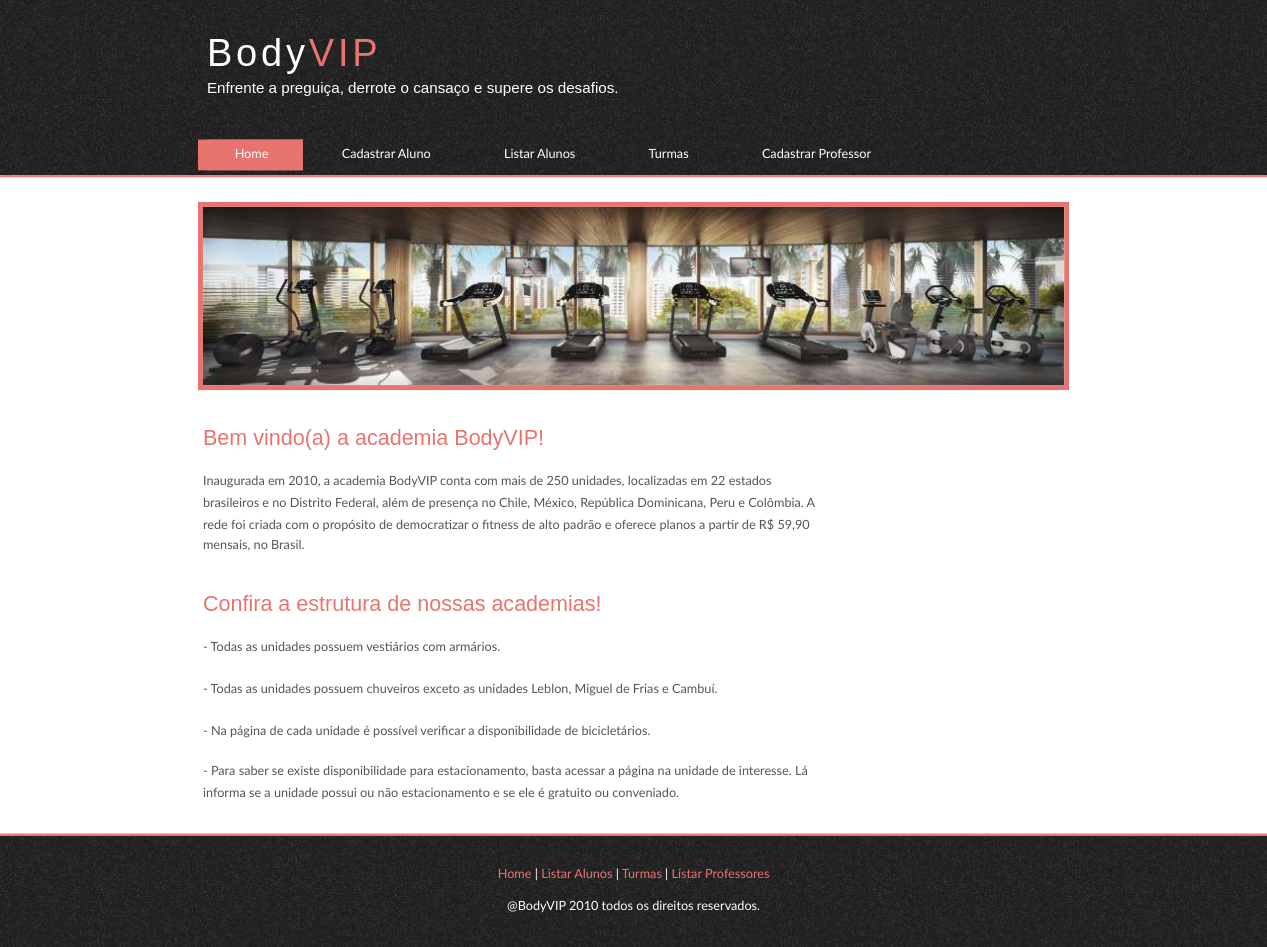
Repository: Thais-Ferreira/Projeto_bodyVIP
Page: http://localhost/BodyVIP/home.jsp
The author's editor kept a copy of each file at every save. The page is drawn from the files as they stood at one save, then again after the next save.
The browser window is 1280 px wide. The pictures show the whole page, at 99% of full size.
The page is served by Tomcat 9. Other server files are loaded and not shown.

Above is the page before, as saved 2017-06-19 16:21:58.

### BodyVIP/WebContent/home.jsp
<%@ page language="java" contentType="text/html; charset=ISO-8859-1"
    pageEncoding="ISO-8859-1"%>
<!DOCTYPE html PUBLIC "-//W3C//DTD HTML 4.01 Transitional//EN" "http://www.w3.org/TR/html4/loose.dtd">
<html>
<head>
	<meta http-equiv="Content-Type" content="text/html; charset=ISO-8859-1">
	<link rel="stylesheet" type="text/css" href="css/style.css" />
	<title>Home</title>
</head>
<body>
	<div id="main">
    <div id="header">
      <div id="logo">
        <div id="logo_text">
          <!-- class="logo_colour", allows you to change the colour of the text -->
          <h1><a href="home.jsp">Body<span class="logo_colour">VIP</span></a></h1>
          <h2>Enfrente a preguiça, derrote o cansaço e supere os desafios.</h2>
        </div>
      </div>
      <div id="menubar">
        <ul id="menu">
          <!-- put class="selected" in the li tag for the selected page - to highlight which page you're on -->
          <li class="selected"><a href="home.jsp">Home</a></li>
          <li><a href="AlunoController?acao=cadastro">Cadastrar Aluno</a></li>
          <li><a href="AlunoController?acao=buscaLista">Listar Alunos</a></li>
          <li><a href="page.html">Turmas</a></li>
          <li><a href="another_page.html">Cadastrar Professor</a></li>
          <li><a href="contact.html">Listar Professores</a></li>
        </ul>
      </div>
    </div>
    <div id="content_header"></div>
    <div id="site_content">
      <div id="banner"></div>

      <div id="content">
        <!-- insert the page content here -->
        <h1>Bem vindo(a) a academia BodyVIP!</h1>
        <p>Inaugurada em 2010, a academia BodyVIP conta com mais de 250 unidades, localizadas em 22 estados brasileiros
        e no Distrito Federal, além de presença no Chile, México, República Dominicana, Peru e Colômbia.
        A rede foi criada com o propósito de democratizar o fitness de alto padrão e oferece planos
        a partir de R$ 59,90 mensais, no Brasil.
		</p>
        <h1>Confira a estrutura de nossas academias!</h1>
        <p>- Todas as unidades possuem vestiários com armários.</p>
        <p>- Todas as unidades possuem chuveiros exceto as unidades Leblon, Miguel de Frias e Cambuí.</p>
        <p>- Na página de cada unidade é possível verificar a disponibilidade de bicicletários. </p>
        <p>- Para saber se existe disponibilidade para estacionamento, basta acessar a página na unidade de
        interesse. Lá informa se a unidade possui ou não estacionamento e se ele é gratuito ou conveniado. </p>
      </div>
    </div>
    <div id="content_footer"></div>
    <div id="footer">
      <p><a href="home.jsp">Home</a> | <a href="AlunoController?acao=buscaLista">Listar Alunos</a> | <a href="another_page.html">Turmas</a> | <a href="contact.html">Listar Professores</a></p>
      <p>@BodyVIP 2010 todos os direitos reservados.</p>
    </div>
  </div>
</body>
</html>

### BodyVIP/WebContent/css/style.css
@CHARSET "ISO-8859-1";

html
{ height: 100%;}

*
{ margin: 0;
  padding: 0;}

body
{ font: normal .80em 'trebuchet ms', arial, sans-serif;
  background: #FFF;
  color: #555;}

p
{ padding: 0 0 20px 0;
  line-height: 1.7em;}

img
{ border: 0;}

h1, h2, h3, h4, h5, h6
{ color: #E7746F;
  letter-spacing: 0em;
  padding: 0 0 5px 0;}

h1, h2, h3
{ font: normal 170% 'century gothic', arial;
  margin: 0 0 15px 0;
  padding: 15px 0 5px 0;}

h2
{ font-size: 160%;
  padding: 9px 0 5px 0;}

h3
{ font-size: 140%;
  padding: 5px 0 0 0;}

h4, h6
{ color: #009FBC;
  padding: 0 0 5px 0;
  font: normal 110% arial;
  text-transform: uppercase;}

h5, h6
{ color: #888;
  font: normal 95% arial;
  letter-spacing: normal;
  padding: 0 0 15px 0;}

a, a:hover
{ outline: none;
  text-decoration: underline;
  color: #009FBC;}

a:hover
{ text-decoration: none;}

blockquote
{ margin: 20px 0;
  padding: 10px 20px 0 20px;
  border: 1px solid #E5E5DB;
  background: #FFF;}

ul
{ margin: 2px 0 22px 17px;}

ul li
{ list-style-type: circle;
  margin: 0 0 6px 0;
  padding: 0 0 4px 5px;
  line-height: 1.5em;}

ol
{ margin: 8px 0 22px 20px;}

ol li
{ margin: 0 0 11px 0;}

.left
{ float: left;
  width: auto;
  margin-right: 10px;}

.right
{ float: right;
  width: auto;
  margin-left: 10px;}

.center
{ display: block;
  text-align: center;
  margin: 20px auto;}

#main, #logo, #menubar, #site_content, #footer
{ margin-left: auto;
  margin-right: auto;}

#header
{ background: #1d1d1d url(../imagens/pattern.png) repeat;
  border-bottom: 2px solid #E7746F;
  height: 177px;}

#banner
{ background: transparent url(../imagens/banner.jpg) no-repeat;
  width: 870px;
  height: 180px;
  margin-bottom: 20px;
  border: 5px solid #E7746F;}

#logo
{ width: 880px;
  position: relative;
  height: 140px;
  background: transparent;}

#logo #logo_text
{ position: absolute;
  top: 10px;
  left: 0;}

#logo h1, #logo h2
{ font: normal 300% 'century gothic', arial, sans-serif;
  border-bottom: 0;
  text-transform: none;
  margin: 0 0 0 9px;}

#logo_text h1, #logo_text h1 a, #logo_text h1 a:hover
{ padding: 22px 0 0 0;
  color: #FFF;
  letter-spacing: 0.1em;
  text-decoration: none;}

#logo_text h1 a .logo_colour
{ color: #E7746F;}

#logo_text a:hover .logo_colour
{ color: #FFF;}

#logo_text h2
{ font-size: 120%;
  padding: 4px 0 0 0;
  color: #FFF;}

#menubar
{ width: 880px;
  height: 46px;}

ul#menu
{ float: right;
  margin: 0;}

ul#menu li
{ float: left;
  padding: 0 0 0 9px;
  list-style: none;
  margin: 1px 2px 0 0;
  background: transparent;}

ul#menu li a
{ font: normal 100% 'trebuchet ms', sans-serif;
  display: block;
  float: left;
  height: 20px;
  padding: 6px 35px 5px 28px;
  text-align: center;
  color: #FFF;
  text-decoration: none;
  background: transparent;}

ul#menu li.selected a
{ height: 20px;
  padding: 6px 35px 5px 28px;}

ul#menu li.selected
{ margin: 1px 2px 0 0;
  background: #E7746F;}

ul#menu li.selected a, ul#menu li.selected a:hover
{ background: #E7746F;
  color: #FFF;}

ul#menu li a:hover
{ color: #FFF;
  background: #E7746F;}

#site_content
{ width: 880px;
  overflow: hidden;
  margin: 20px auto 0 auto;
  padding: 0 0 10px 0;}

#sidebar_container
{ float: right;
  width: 224px;}

.sidebar_top
{ width: 222px;
  height: 14px;
  background: transparent url(../imagens/side_top.png) no-repeat;}

.sidebar_base
{ width: 222px;
  height: 14px;
  background: url(../imagens/side_base.png) no-repeat;}

.sidebar
{ float: right;
  width: 222px;
  padding: 0;
  margin: 0 0 16px 0;}

.sidebar_item
{ background: url(../imagens/side_back.png) repeat-y;
  padding: 0 15px;
  width: 192px;}

.sidebar li a.selected
{ color: #444;}

.sidebar ul
{ margin: 0;}

#content
{ text-align: left;
  width: 620px;
  padding: 0 0 0 5px;
  float: left;}

#content ul
{ margin: 2px 0 22px 0px;}

#content ul li, .sidebar ul li
{ list-style-type: none;
  background: url(../imagens/bullet.png) no-repeat;
  margin: 0 0 0 0;
  padding: 0 0 4px 25px;
  line-height: 1.5em;}

#footer
{ width: 100%;
  font-family: 'trebuchet ms', sans-serif;
  font-size: 100%;
  height: 80px;
  padding: 28px 0 5px 0;
  text-align: center;
  background: transparent url(../imagens/pattern.png) repeat;
  border-top: 2px solid #E7746F;
  color: #FFF;}

#footer p
{ line-height: 1.7em;
  padding: 0 0 10px 0;}

#footer a
{ color: #E7746F;
  text-decoration: none;}

#footer a:hover
{ color: #FFF;
  text-decoration: none;}

.search
{ color: #5D5D5D;
  border: 1px solid #BBB;
  width: 134px;
  padding: 4px;
  font: 100% arial, sans-serif;}

.form_settings
{ margin: 15px 0 0 0;}

.form_settings p
{ padding: 0 0 4px 0;}

.form_settings span
{ float: left;
  width: 200px;
  text-align: left;}

.form_settings input, .form_settings textarea
{ padding: 5px;
  width: 299px;
  font: 100% arial;
  border: 1px solid #E5E5DB;
  background: #FFF;
  color: #47433F;}

.form_settings .submit
{ font: 100% arial;
  border: 0;
  width: 99px;
  margin: 0 0 0 212px;
  height: 33px;
  padding: 2px 0 3px 0;
  cursor: pointer;
  background: #E7746F;
  color: #FFF;}

.form_settings textarea, .form_settings select
{ font: 100% arial;
  width: 299px;}

.form_settings select
{ width: 310px;}

.form_settings .checkbox
{ margin: 4px 0;
  padding: 0;
  width: 14px;
  border: 0;
  background: none;}

.separator
{ width: 100%;
  height: 0;
  border-top: 1px solid #D9D5CF;
  border-bottom: 1px solid #FFF;
  margin: 0 0 20px 0;}

table
{ margin: 10px 0 30px 0;}

table tr th, table tr td
{ background: #E5E5DB;
  color: #47433F;
  padding: 7px 4px;
  text-align: left;}

table tr td
{ background: #E5E5DB;
  color: #47433F;
  border-top: 1px solid #FFF;}

After the next save:
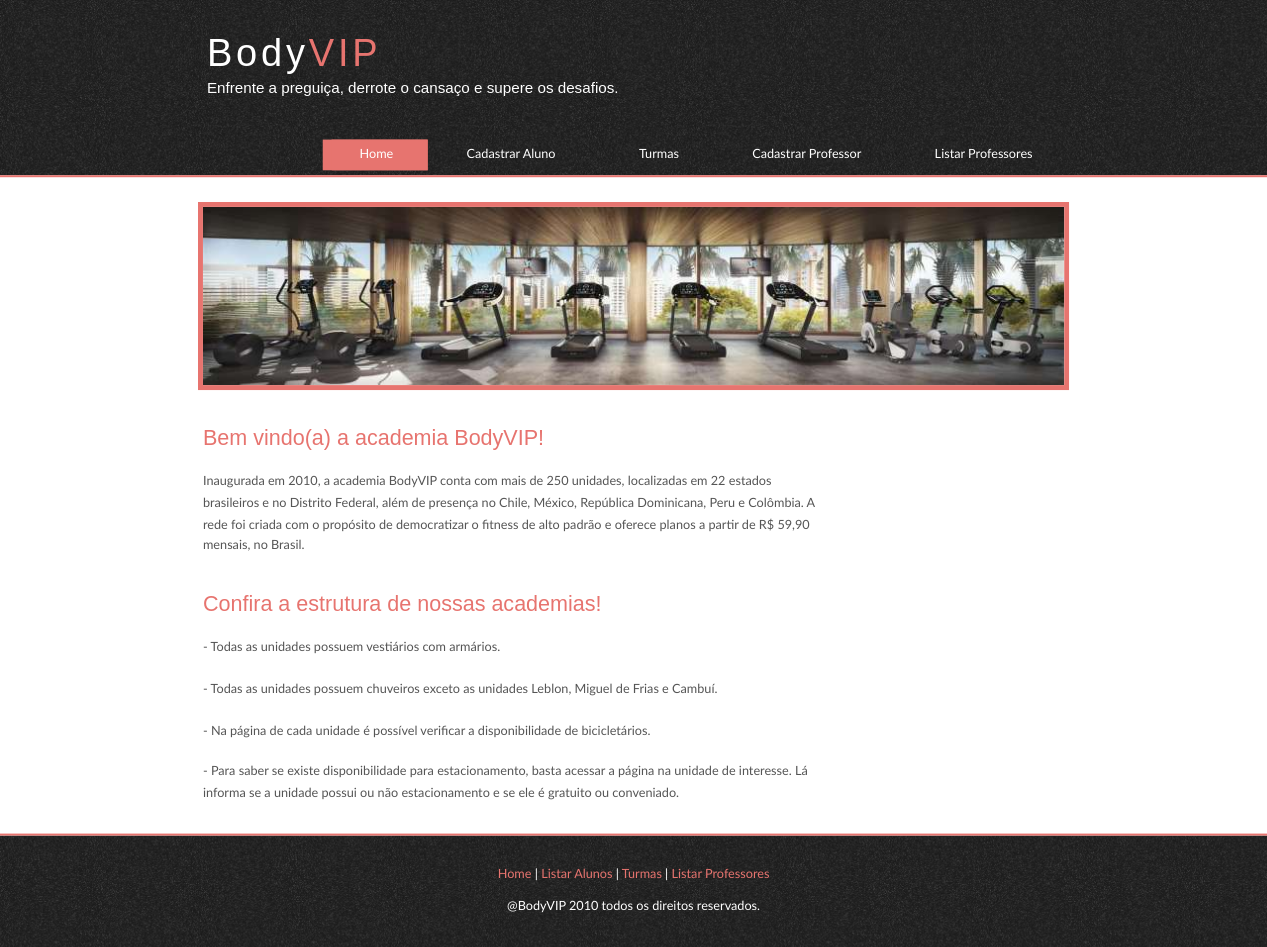
Saved 37 s later.
--- a/BodyVIP/WebContent/home.jsp
+++ b/BodyVIP/WebContent/home.jsp
@@ -21,8 +21,9 @@
         <ul id="menu">
           <!-- put class="selected" in the li tag for the selected page - to highlight which page you're on -->
           <li class="selected"><a href="home.jsp">Home</a></li>
-          <li><a href="AlunoController?acao=cadastro">Cadastrar Aluno</a></li>
-          <li><a href="AlunoController?acao=buscaLista">Listar Alunos</a></li>
+          <li><a href="AlunoController?acao=cadastro">Cadastrar Aluno</a>
+          <ul><li><a href="AlunoController?acao=buscaLista">Listar Alunos</a></li></ul></li>
+
           <li><a href="page.html">Turmas</a></li>
           <li><a href="another_page.html">Cadastrar Professor</a></li>
           <li><a href="contact.html">Listar Professores</a></li>
